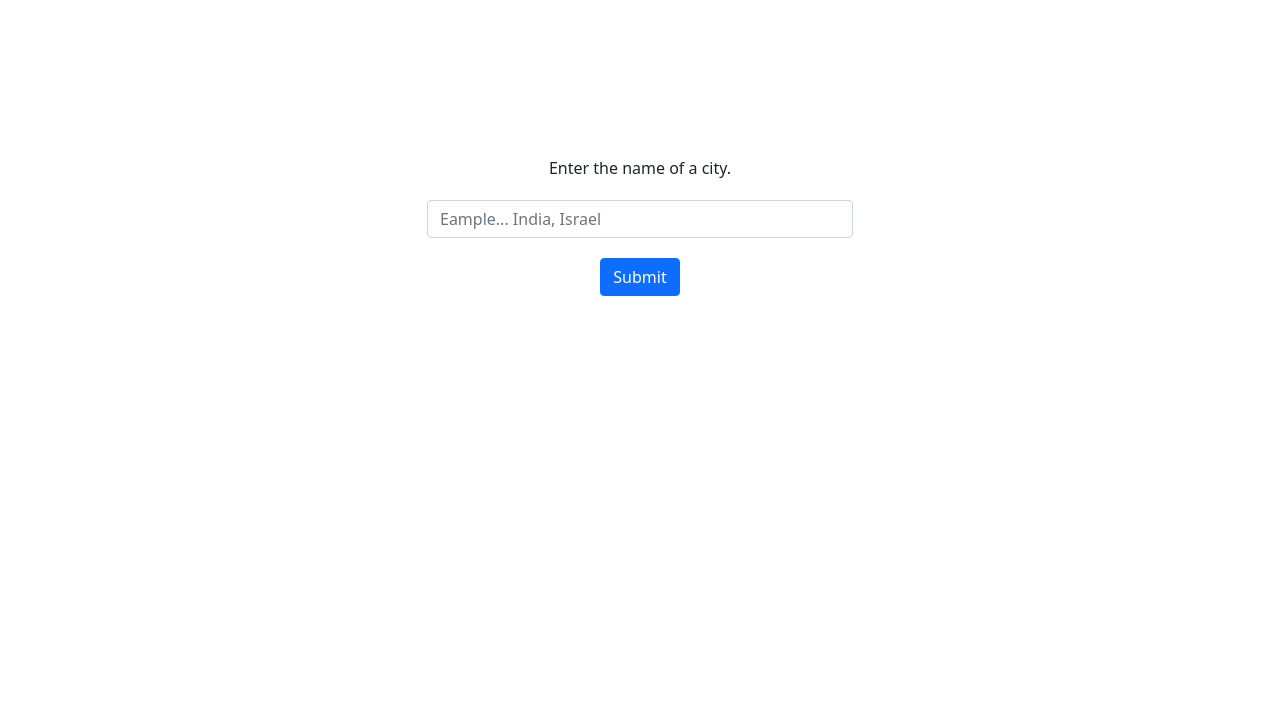
Repository: Ashwin1510/php_projectgh
Page: http://localhost/weather_scrapper.php
The author's editor kept a copy of each file at every save. The page is drawn from the files as they stood at one save, then again after the next save.
The browser window is 1280 px wide. The pictures show the whole page.
The page is run by PHP 8.4 with error messages shown; the project is at /var/www/html/.

Above is the page before, as saved 2022-12-16 10:49:18.
Not found: bgforweather.jpg

### weather_scrapper.php
<?php
    $weather = "";
    $error = "";

    if(array_key_exists('city', $_GET)) {
        $city = str_replace(' ', '', $_GET['city']);
        $file_headers = @get_headers("https://www.weather-forecast.com/locations/" .
                        $city . "/forecasts/latest");

        if($file_headers[0] == "HTTP/1.1 404 Not Found") {
            $error = "The $city  city could not be found.";
        }
    }
    ?>


<!DOCTYPE html>
<html lang="en">
<head>
    <meta charset="UTF-8">
    <meta http-equiv="X-UA-Compatible" content="IE=edge">
    <meta name="viewport" content="width=device-width, initial-scale=1.0">
    <title>Weather Scraper</title>

        <link href="https://cdn.jsdelivr.net/npm/bootstrap@5.1.3/dist/css/bootstrap.min.css"
              rel="stylesheet"
              integrity="sha384-1BmE4kWBq78iYhFldvKuhfTAU6auU8tT94WrHftjDbrCEXSU1oBoqyl2QvZ6jIW3"
              crossorigin="anonymous">

               <!-- CSS -->
        <style type="text/css">
            html {
                background: url('bgforweather.jpg') no-repeat center center fixed;
                background-size: cover;
            }

            body {
                background: none;
            }

            .container {
                text-align: center;
                margin-top: 100px;
                width: 450px;
            }

            input {
                margin: 20px 0;
            }

            #weather {
                margin-top: 15px;
            }
            #h{
               color: white;
            }


        </style>
</head>
<body>
<div class="container">

<h1 id="h"> What's the Weather?</h1>
<form>
<fieldset class="form-group">
                    <label for="city">Enter the name of a city.</label>
                    <input type="text"
                           class="form-control"
                           name="city"
                           id="city"
                           placeholder="Eample... India, Israel"
                           value = "<?php
                                if(array_key_exists('city', $_GET)) {
                                    echo $_GET['city'];
                                }
                           ?>">
                </fieldset>
                <button type="submit"  class="btn btn-primary">Submit</button>
</form>


<div id="weather">

            </div>

</div><!-- end of class='container' div -->



<script src="https://code.jquery.com/jquery-3.6.0.min.js"></script>
        <script src="https://cdn.jsdelivr.net/npm/bootstrap@5.1.3/dist/js/bootstrap.bundle.min.js"
                integrity="sha384-ka7Sk0Gln4gmtz2MlQnikT1wXgYsOg+OMhuP+IlRH9sENBO0LRn5q+8nbTov4+1p"
                crossorigin="anonymous"></script>

</body>
</html>

After the next save:
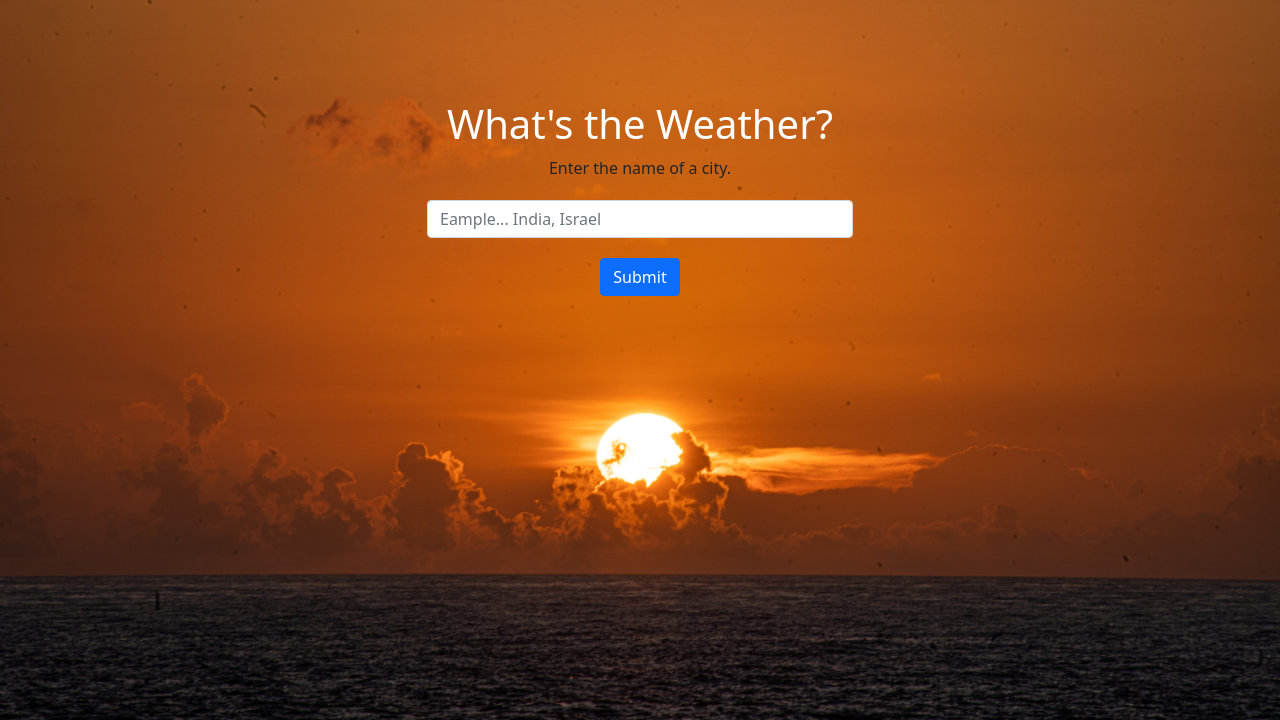
Saved 29 s later.
--- a/weather_scrapper.php
+++ b/weather_scrapper.php
@@ -30,7 +30,7 @@
                <!-- CSS -->
         <style type="text/css">
             html {
-                background: url('bgforweather.jpg') no-repeat center center fixed;
+                background: url('bk.jpg') no-repeat center center fixed;
                 background-size: cover;
             }
 
